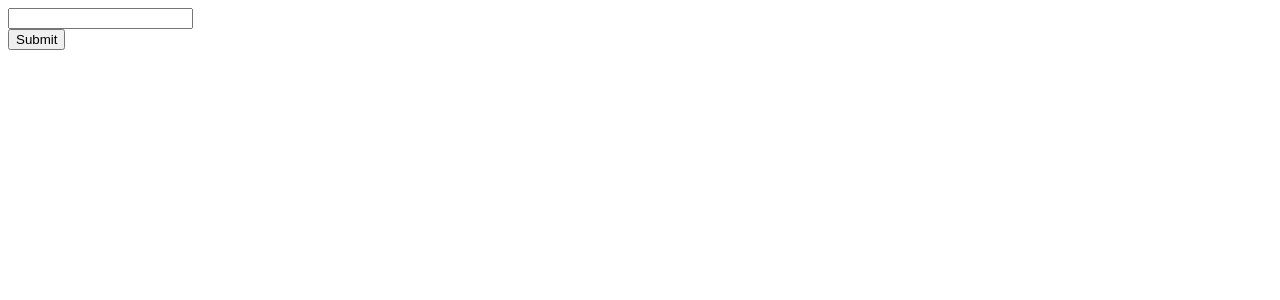
Repository: andrii1/hyf-homework
Page: javascript/javascript2/week1/name-generator.html
The author's editor kept a copy of each file at every save. The page is drawn from the files as they stood at one save, then again after the next save.
The browser window is 1280 px wide. The pictures show the whole page.

Above is the page before, as saved 2022-06-25 13:53:14.

After the next save:
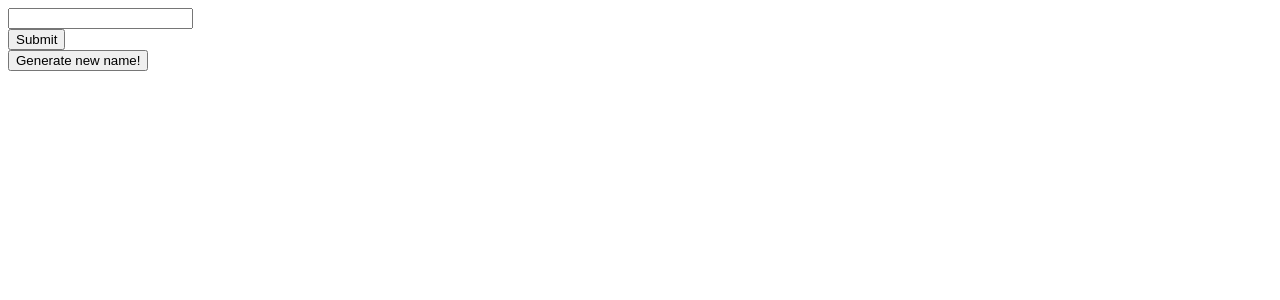
Saved 2 min 58 s later.
--- a/javascript/javascript2/week1/name-generator.html
+++ b/javascript/javascript2/week1/name-generator.html
@@ -11,6 +11,7 @@
     <input type="text" id="input"><br>
     <input type="submit" id="button">
   </form>
+  <button id="newname">Generate new name!</button>
   <div id="display"></div>
   <script src="app.js"></script>
 </body>
